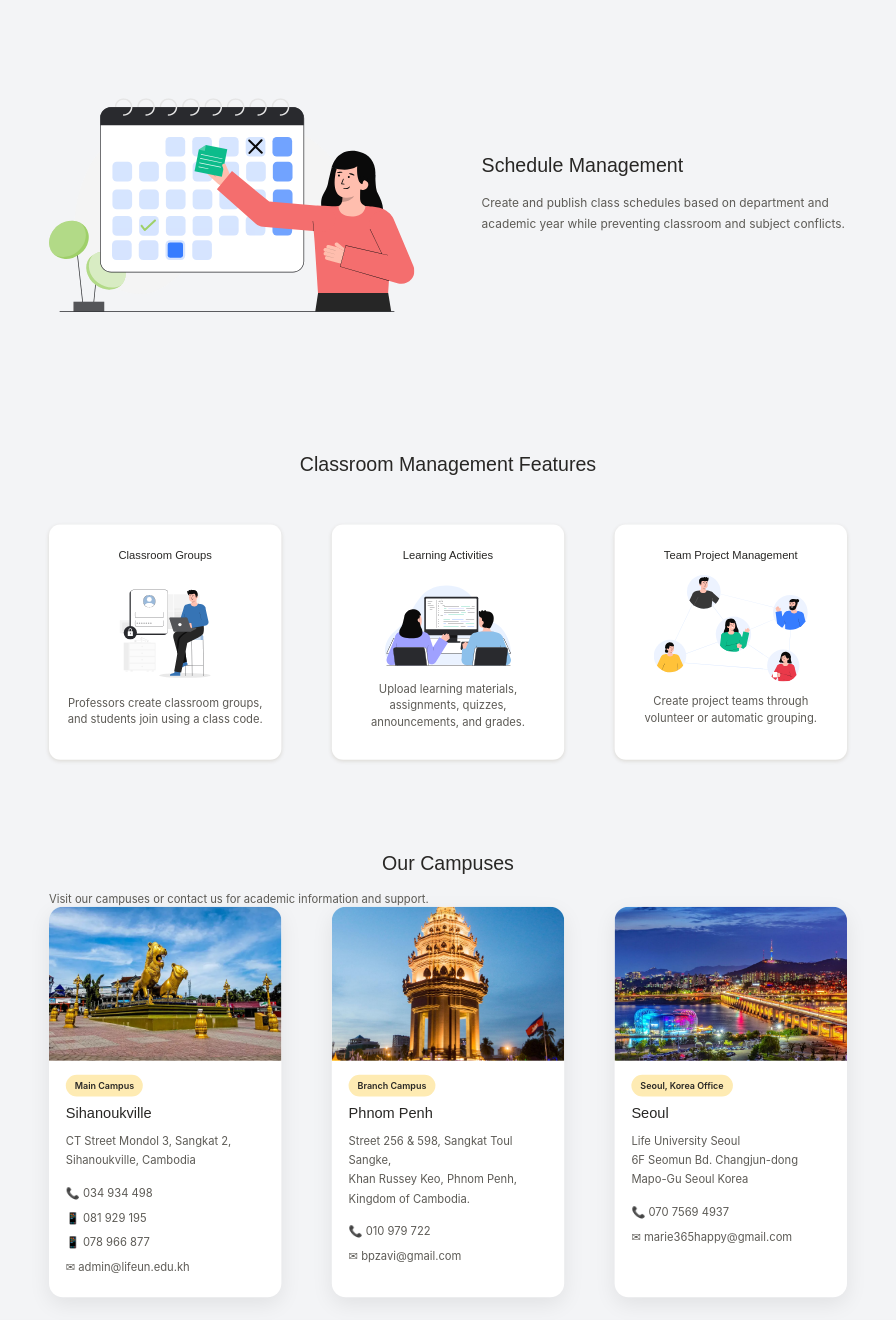
Repository: Chocovcandy/Classroom_Management_System
Page: http://localhost/
An editor plug-in stored every save of this project. The page is shown before and after the next save, followed by the edit.
The browser window is 1280 px wide. The pictures show the part of the page from y = 2216 to 4136 px (the page is 4101 px tall before and 4136 px after), at 70% of full size.
Some web libraries are served in a nearby version. The page is served by the project's Laravel application, run on PHP 8.4 with Laravel 12.

Above is the page before, as saved 2026-08-09 19:53:12.

After the next save:
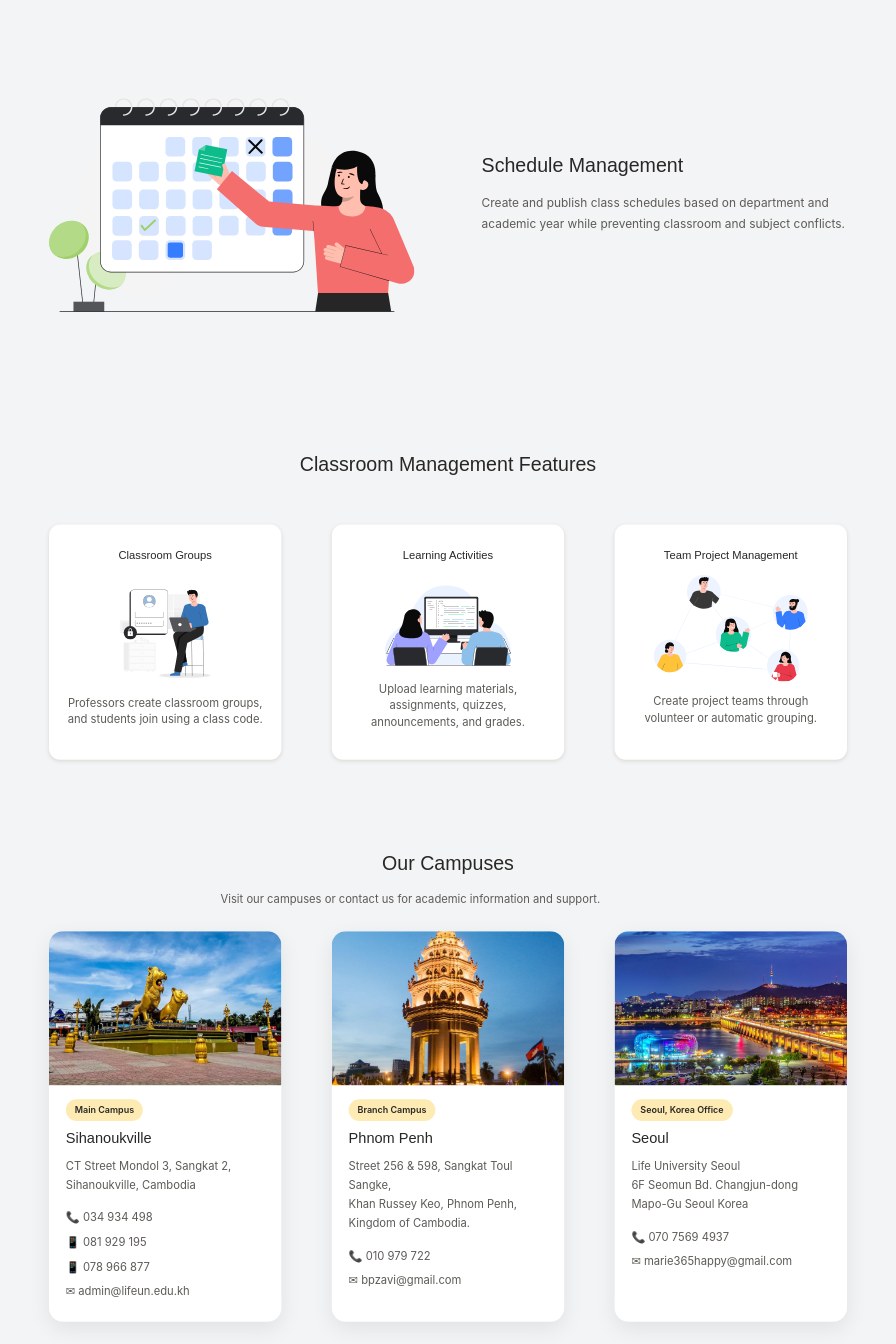
Saved 6 s later.
--- a/resources/views/welcome.blade.php
+++ b/resources/views/welcome.blade.php
@@ -198,7 +198,7 @@
 
             <section class="contact section container" id="contact">
                 <h2 class="section__title"> Our Campuses </h2>
-                <p class="section__description">
+                <p class="contact__description">
                     Visit our campuses or contact us for academic information and support.
                 </p>
                 <div class="contact__container grid">
